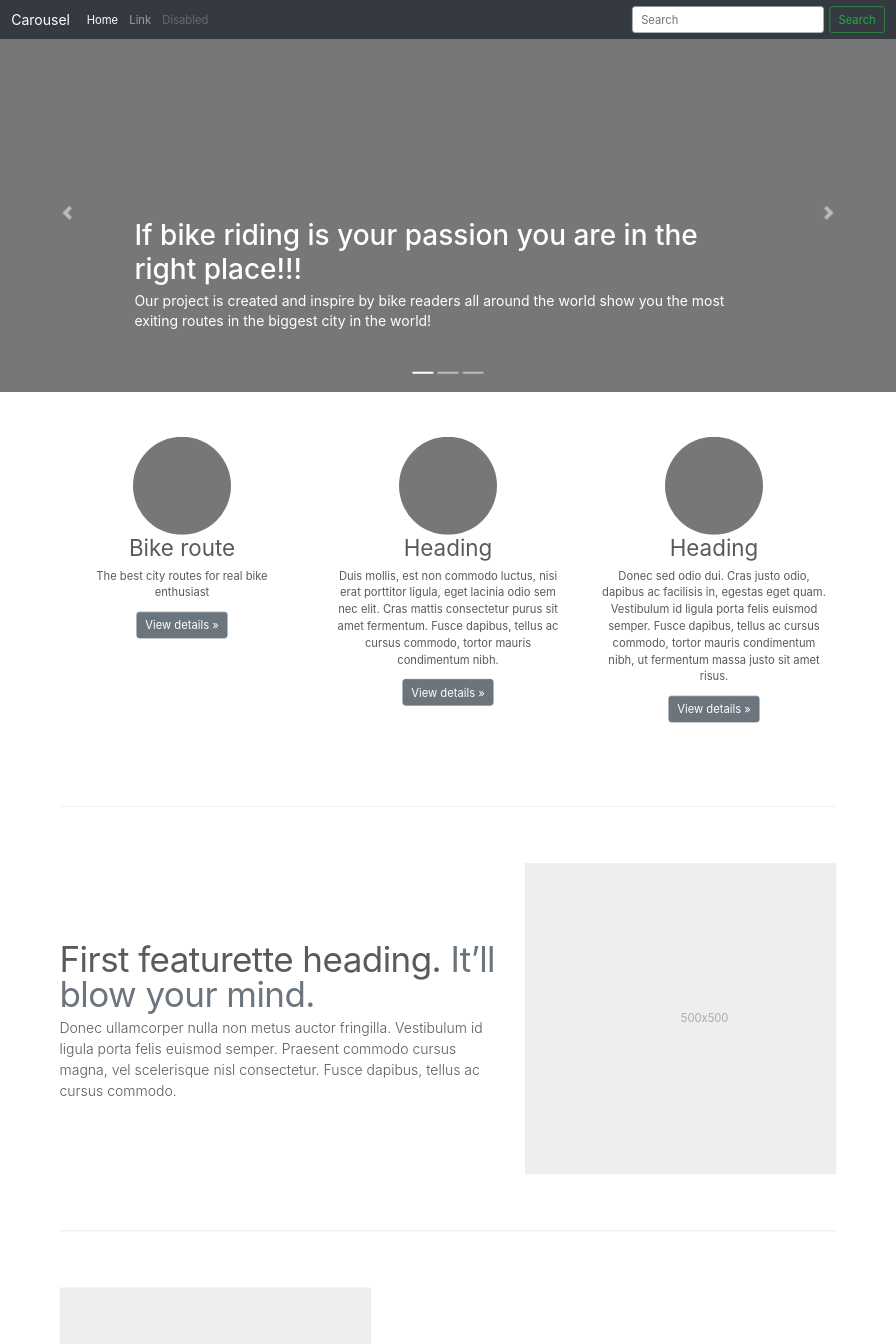
Repository: rokambol/bike-roots
Page: index.html
The author's editor kept a record of every edit. The page is drawn from the files as they stood at one moment, then again after the next edit.
The browser window is 1280 px wide. The pictures show the part of the page from y = 0 to 1920 px (the page is 3139 px tall), at 70% of full size.

Above is the page before.
Console error: TypeError: Cannot read properties of undefined (reading 'fn')

### index.html

<!doctype html>
<html lang="en">
  <head>
    <meta charset="utf-8">
    <meta name="viewport" content="width=device-width, initial-scale=1, shrink-to-fit=no">
    <meta name="description" content="">
    <meta name="author" content="Mark Otto, Jacob Thornton, and Bootstrap contributors">
    <meta name="generator" content="Jekyll v3.8.5">
    <title>Carousel Template · Bootstrap</title>



    <!-- Bootstrap core CSS -->
<link href="https://stackpath.bootstrapcdn.com/bootstrap/4.3.1/css/bootstrap.min.css" rel="stylesheet" integrity="sha384-ggOyR0iXCbMQv3Xipma34MD+dH/1fQ784/j6cY/iJTQUOhcWr7x9JvoRxT2MZw1T" crossorigin="anonymous">

<link href="css/custom.css" rel="stylesheet">


  </head>
  <body>
    <header>
  <nav class="navbar navbar-expand-md navbar-dark fixed-top bg-dark">
    <a class="navbar-brand" href="#">Carousel</a>
    <button class="navbar-toggler" type="button" data-toggle="collapse" data-target="#navbarCollapse" aria-controls="navbarCollapse" aria-expanded="false" aria-label="Toggle navigation">
      <span class="navbar-toggler-icon"></span>
    </button>
    <div class="collapse navbar-collapse" id="navbarCollapse">
      <ul class="navbar-nav mr-auto">
        <li class="nav-item active">
          <a class="nav-link" href="#">Home <span class="sr-only">(current)</span></a>
        </li>
        <li class="nav-item">
          <a class="nav-link" href="#">Link</a>
        </li>
        <li class="nav-item">
          <a class="nav-link disabled" href="#">Disabled</a>
        </li>
      </ul>
      <form class="form-inline mt-2 mt-md-0">
        <input class="form-control mr-sm-2" type="text" placeholder="Search" aria-label="Search">
        <button class="btn btn-outline-success my-2 my-sm-0" type="submit">Search</button>
      </form>
    </div>
  </nav>
</header>

<main role="main">

  <div id="myCarousel" class="carousel slide" data-ride="carousel">
    <ol class="carousel-indicators">
      <li data-target="#myCarousel" data-slide-to="0" class="active"></li>
      <li data-target="#myCarousel" data-slide-to="1"></li>
      <li data-target="#myCarousel" data-slide-to="2"></li>
    </ol>
    <div class="carousel-inner">
      <div class="carousel-item active">
        <svg class="bd-placeholder-img" width="100%" height="100%" xmlns="http://www.w3.org/2000/svg" preserveAspectRatio="xMidYMid slice" focusable="false" role="img"><rect width="100%" height="100%" fill="#777"/></svg>
        <div class="container">
          <div class="carousel-caption text-left">
            <h1>If bike riding is your passion you are in the right place!!!</h1>
            <p>Our project is created and inspire by bike readers all around the world show you the most exiting routes in the biggest city in the world! </p>
            <!--<p><a class="btn btn-lg btn-primary" href="#" role="button">Sign up today</a></p>-->
          </div>
        </div>
      </div>
      <div class="carousel-item">
        <svg class="bd-placeholder-img" width="100%" height="100%" xmlns="http://www.w3.org/2000/svg" preserveAspectRatio="xMidYMid slice" focusable="false" role="img"><rect width="100%" height="100%" fill="#777"/></svg>
        <div class="container">
          <div class="carousel-caption">
            <h1>Trace</h1>
            <p>Custom choose routes for best expirience in and around the cities</p>
            <p><a class="btn btn-lg btn-primary" href="#" role="button">Learn more</a></p>
          </div>
        </div>
      </div>
      <div class="carousel-item">
        <svg class="bd-placeholder-img" width="100%" height="100%" xmlns="http://www.w3.org/2000/svg" preserveAspectRatio="xMidYMid slice" focusable="false" role="img"><rect width="100%" height="100%" fill="#777"/></svg>
        <div class="container">
          <div class="carousel-caption text-right">
            <h1>One more for good measure.</h1>
            <p>Cras justo odio, dapibus ac facilisis in, egestas eget quam. Donec id elit non mi porta gravida at eget metus. Nullam id dolor id nibh ultricies vehicula ut id elit.</p>
            <p><a class="btn btn-lg btn-primary" href="#" role="button">Browse gallery</a></p>
          </div>
        </div>
      </div>
    </div>
    <a class="carousel-control-prev" href="#myCarousel" role="button" data-slide="prev">
      <span class="carousel-control-prev-icon" aria-hidden="true"></span>
      <span class="sr-only">Previous</span>
    </a>
    <a class="carousel-control-next" href="#myCarousel" role="button" data-slide="next">
      <span class="carousel-control-next-icon" aria-hidden="true"></span>
      <span class="sr-only">Next</span>
    </a>
  </div>


  <!-- Marketing messaging and featurettes
  ================================================== -->
  <!-- Wrap the rest of the page in another container to center all the content. -->

  <div class="container marketing">

    <!-- Three columns of text below the carousel -->
    <div class="row">
      <div class="col-lg-4">
        <svg class="bd-placeholder-img rounded-circle" width="140" height="140" xmlns="http://www.w3.org/2000/svg" preserveAspectRatio="xMidYMid slice" focusable="false" role="img" aria-label="Placeholder: 140x140"><title>Placeholder</title><rect width="100%" height="100%" fill="#777"/><text x="50%" y="50%" fill="#777" dy=".3em">140x140</text></svg>
        <h2>Bike route</h2>
        <p>The best city routes for real bike enthusiast </p>
        <p><a class="btn btn-secondary" href="#" role="button">View details &raquo;</a></p>
      </div><!-- /.col-lg-4 -->
      <div class="col-lg-4">
        <svg class="bd-placeholder-img rounded-circle" width="140" height="140" xmlns="http://www.w3.org/2000/svg" preserveAspectRatio="xMidYMid slice" focusable="false" role="img" aria-label="Placeholder: 140x140"><title>Placeholder</title><rect width="100%" height="100%" fill="#777"/><text x="50%" y="50%" fill="#777" dy=".3em">140x140</text></svg>
        <h2>Heading</h2>
        <p>Duis mollis, est non commodo luctus, nisi erat porttitor ligula, eget lacinia odio sem nec elit. Cras mattis consectetur purus sit amet fermentum. Fusce dapibus, tellus ac cursus commodo, tortor mauris condimentum nibh.</p>
        <p><a class="btn btn-secondary" href="#" role="button">View details &raquo;</a></p>
      </div><!-- /.col-lg-4 -->
      <div class="col-lg-4">
        <svg class="bd-placeholder-img rounded-circle" width="140" height="140" xmlns="http://www.w3.org/2000/svg" preserveAspectRatio="xMidYMid slice" focusable="false" role="img" aria-label="Placeholder: 140x140"><title>Placeholder</title><rect width="100%" height="100%" fill="#777"/><text x="50%" y="50%" fill="#777" dy=".3em">140x140</text></svg>
        <h2>Heading</h2>
        <p>Donec sed odio dui. Cras justo odio, dapibus ac facilisis in, egestas eget quam. Vestibulum id ligula porta felis euismod semper. Fusce dapibus, tellus ac cursus commodo, tortor mauris condimentum nibh, ut fermentum massa justo sit amet risus.</p>
        <p><a class="btn btn-secondary" href="#" role="button">View details &raquo;</a></p>
      </div><!-- /.col-lg-4 -->
    </div><!-- /.row -->


    <!-- START THE FEATURETTES -->

    <hr class="featurette-divider">

    <div class="row featurette">
      <div class="col-md-7">
        <h2 class="featurette-heading">First featurette heading. <span class="text-muted">It’ll blow your mind.</span></h2>
        <p class="lead">Donec ullamcorper nulla non metus auctor fringilla. Vestibulum id ligula porta felis euismod semper. Praesent commodo cursus magna, vel scelerisque nisl consectetur. Fusce dapibus, tellus ac cursus commodo.</p>
      </div>
      <div class="col-md-5">
        <svg class="bd-placeholder-img bd-placeholder-img-lg featurette-image img-fluid mx-auto" width="500" height="500" xmlns="http://www.w3.org/2000/svg" preserveAspectRatio="xMidYMid slice" focusable="false" role="img" aria-label="Placeholder: 500x500"><title>Placeholder</title><rect width="100%" height="100%" fill="#eee"/><text x="50%" y="50%" fill="#aaa" dy=".3em">500x500</text></svg>
      </div>
    </div>

    <hr class="featurette-divider">

    <div class="row featurette">
      <div class="col-md-7 order-md-2">
        <h2 class="featurette-heading">Oh yeah, it’s that good. <span class="text-muted">See for yourself.</span></h2>
        <p class="lead">Donec ullamcorper nulla non metus auctor fringilla. Vestibulum id ligula porta felis euismod semper. Praesent commodo cursus magna, vel scelerisque nisl consectetur. Fusce dapibus, tellus ac cursus commodo.</p>
      </div>
      <div class="col-md-5 order-md-1">
        <svg class="bd-placeholder-img bd-placeholder-img-lg featurette-image img-fluid mx-auto" width="500" height="500" xmlns="http://www.w3.org/2000/svg" preserveAspectRatio="xMidYMid slice" focusable="false" role="img" aria-label="Placeholder: 500x500"><title>Placeholder</title><rect width="100%" height="100%" fill="#eee"/><text x="50%" y="50%" fill="#aaa" dy=".3em">500x500</text></svg>
      </div>
    </div>

    <hr class="featurette-divider">

    <div class="row featurette">
      <div class="col-md-7">
        <h2 class="featurette-heading">And lastly, this one. <span class="text-muted">Checkmate.</span></h2>
        <p class="lead">Donec ullamcorper nulla non metus auctor fringilla. Vestibulum id ligula porta felis euismod semper. Praesent commodo cursus magna, vel scelerisque nisl consectetur. Fusce dapibus, tellus ac cursus commodo.</p>
      </div>
      <div class="col-md-5">
        <svg class="bd-placeholder-img bd-placeholder-img-lg featurette-image img-fluid mx-auto" width="500" height="500" xmlns="http://www.w3.org/2000/svg" preserveAspectRatio="xMidYMid slice" focusable="false" role="img" aria-label="Placeholder: 500x500"><title>Placeholder</title><rect width="100%" height="100%" fill="#eee"/><text x="50%" y="50%" fill="#aaa" dy=".3em">500x500</text></svg>
      </div>
    </div>

    <hr class="featurette-divider">

    <!-- /END THE FEATURETTES -->

  </div><!-- /.container -->


  <!-- FOOTER -->
  <footer class="container">
    <p class="float-right"><a href="#">Back to top</a></p>
    <p>&copy; 2017-2019 Company, Inc. &middot; <a href="#">Privacy</a> &middot; <a href="#">Terms</a></p>
  </footer>
</main>
<script type="text/javascript" src="https://stackpath.bootstrapcdn.com/bootstrap/4.3.1/js/bootstrap.min.js"></script>
<script src="https://code.jquery.com/jquery-3.3.1.slim.min.js" integrity="sha384-q8i/X+965DzO0rT7abK41JStQIAqVgRVzpbzo5smXKp4YfRvH+8abtTE1Pi6jizo" crossorigin="anonymous"></script>
<script src="https://cdnjs.cloudflare.com/ajax/libs/popper.js/1.14.7/umd/popper.min.js" integrity="sha384-UO2eT0CpHqdSJQ6hJty5KVphtPhzWj9WO1clHTMGa3JDZwrnQq4sF86dIHNDz0W1" crossorigin="anonymous"></script>
</body>
</html>

### css/custom.css
/* GLOBAL STYLES
-------------------------------------------------- */
/* Padding below the footer and lighter body text */

body {
  padding-top: 3rem;
  padding-bottom: 3rem;
  color: #5a5a5a;
}


/* CUSTOMIZE THE CAROUSEL
-------------------------------------------------- */

/* Carousel base class */
.carousel {
  margin-bottom: 4rem;
}
/* Since positioning the image, we need to help out the caption */
.carousel-caption {
  bottom: 3rem;
  z-index: 10;
}

/* Declare heights because of positioning of img element */
.carousel-item {
  height: 32rem;
}
.carousel-item > img {
  position: absolute;
  top: 0;
  left: 0;
  min-width: 100%;
  height: 32rem;
}


/* MARKETING CONTENT
-------------------------------------------------- */

/* Center align the text within the three columns below the carousel */
.marketing .col-lg-4 {
  margin-bottom: 1.5rem;
  text-align: center;
}
.marketing h2 {
  font-weight: 400;
}
.marketing .col-lg-4 p {
  margin-right: .75rem;
  margin-left: .75rem;
}


/* Featurettes
------------------------- */

.featurette-divider {
  margin: 5rem 0; /* Space out the Bootstrap <hr> more */
}

/* Thin out the marketing headings */
.featurette-heading {
  font-weight: 300;
  line-height: 1;
  letter-spacing: -.05rem;
}


/* RESPONSIVE CSS
-------------------------------------------------- */

@media (min-width: 40em) {
  /* Bump up size of carousel content */
  .carousel-caption p {
    margin-bottom: 1.25rem;
    font-size: 1.25rem;
    line-height: 1.4;
  }

  .featurette-heading {
    font-size: 50px;
  }
}

@media (min-width: 62em) {
  .featurette-heading {
    margin-top: 7rem;
  }
}

After the next edit:
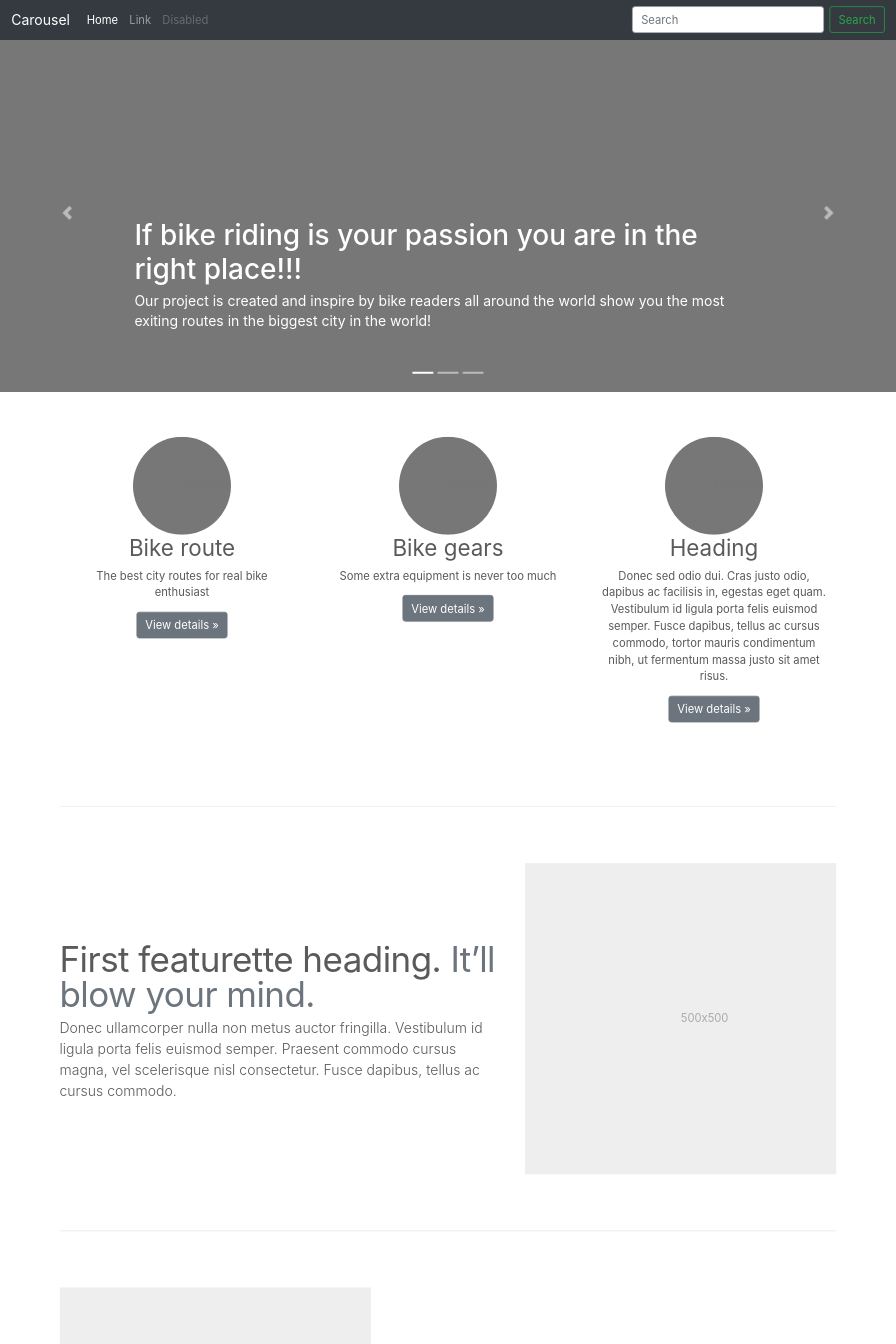
The edit:
--- a/index.html
+++ b/index.html
@@ -112,8 +112,8 @@
       </div><!-- /.col-lg-4 -->
       <div class="col-lg-4">
         <svg class="bd-placeholder-img rounded-circle" width="140" height="140" xmlns="http://www.w3.org/2000/svg" preserveAspectRatio="xMidYMid slice" focusable="false" role="img" aria-label="Placeholder: 140x140"><title>Placeholder</title><rect width="100%" height="100%" fill="#777"/><text x="50%" y="50%" fill="#777" dy=".3em">140x140</text></svg>
-        <h2>Heading</h2>
-        <p>Duis mollis, est non commodo luctus, nisi erat porttitor ligula, eget lacinia odio sem nec elit. Cras mattis consectetur purus sit amet fermentum. Fusce dapibus, tellus ac cursus commodo, tortor mauris condimentum nibh.</p>
+        <h2>Bike gears</h2>
+        <p>Some extra equipment is never too much</p>
         <p><a class="btn btn-secondary" href="#" role="button">View details &raquo;</a></p>
       </div><!-- /.col-lg-4 -->
       <div class="col-lg-4">
